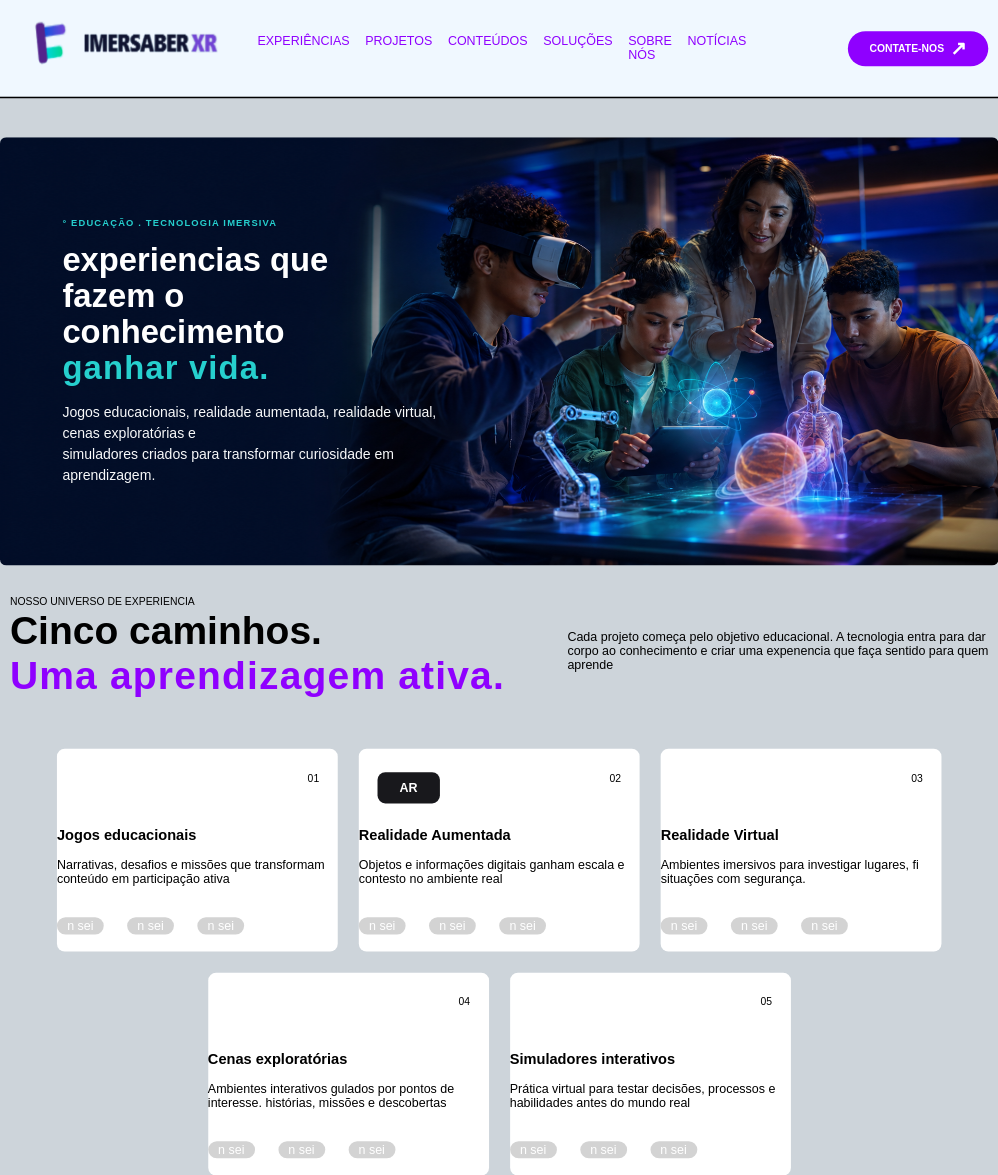
Repository: antonymsantana-design/Avaliacao.Parte.01
Page: html/index.html
The author's editor kept a copy of each file at every save. The page is drawn from the files as they stood at one save, then again after a run of saves.
The browser window is 1280 px wide. The pictures show the whole page, at 78% of full size.

Above is the page before, as saved 2026-08-29 21:04:58.

### html/index.html
<!DOCTYPE html>
<html lang="pt-br">

<head>
    <meta charset="UTF-8">
    <meta name="viewport" content="width=device-width, initial-scale=1.0">
    <title>avaliação </title>
    <link rel="stylesheet" href="../css/Style.css">
</head>
<header>
    <div class="conteudoH" id="conteudoH">
        <div class="imagem" id="imagem">
            <img src="../images/Design sem nome.png" alt="logo" class="logoIMG" id="logoIMG">
        </div>
        <div class="links" id="links">
            <a href="#">EXPERIÊNCIAS</a>
            <a href="#">PROJETOS</a>
            <a href="#">CONTEÚDOS</a>
            <a href="#">SOLUÇÕES</a>
            <a href="#">SOBRE NÓS</a>
            <a href="#">NOTÍCIAS</a>
        </div>
        <div class="btnDiv" id="btnDiv">
            <button class="btn" id="btn">
                <div class="btnTxt" id="btnTxt">
                    <p>CONTATE-NOS</p>
                </div>
                <div class="emoji" id="emoji">
                    <p>↗</p>
                </div>
            </button>
        </div>
    </div>
</header>

<body>


    <div class="conteudoBanner">
        <img src="../images/hero-banner-imersaber.png" alt="banner">
        <div class="txtBanner" id="txtBanner">
            <span>° EDUCAÇÃO . TECNOLOGIA IMERSIVA</span>
            <h1>experiencias que <br> fazem o <br> conhecimento <br> <span class="spn">ganhar vida. </span></h1>
            <p>Jogos educacionais, realidade aumentada, realidade virtual, cenas exploratórias e<br>
                simuladores criados para transformar curiosidade em aprendizagem.</p>
        </div>
    </div>

    <BR></BR>

    <div class="titulo" id="titulo">
        <div class="eTitulo">
            <small>NOSSO UNIVERSO DE EXPERIENCIA</small>
            <h1 class="eH1">Cinco caminhos. <br>
                <span>Uma aprendizagem ativa.</span>
            </h1>
        </div>
        <div class="dTitulo">
            <p>Cada projeto começa pelo objetivo educacional. A tecnologia entra para dar <br> corpo ao conhecimento e
                criar uma expenencia que faça sentido para quem <br> aprende</p>
        </div>
    </div>

    <div class="cards">

        <div class="card1">
            <div class="cima">
                <p class="crd1">GAME</p>
                <small>01</small>
            </div>
            <div class="meio">
                <h3>
                    Jogos educacionais
                </h3> <br>
                <p>Narrativas, desafios e missões que transformam conteúdo em participação ativa</p>
            </div>
            <div class="baixo">
                <!-- não consegui ler oque estava escrito nessa parte  -->
                <p> n sei</p>
                <p> n sei</p>
                <p> n sei</p>
            </div>
        </div>

        <div class="card1">
            <div class="cima">
                <p class="crd2">AR</p>
                <small>02</small>
            </div>
            <div class="meio">
                <h3>
                    Realidade Aumentada
                </h3> <br>
                <p>Objetos e informações digitais ganham escala e contesto no
ambiente real</p>
            </div>
            <div class="baixo">
                <p> n sei</p>
                <p> n sei</p>
                <p> n sei</p>
            </div>
        </div>

        <div class="card1">
            <div class="cima">
                <p class="crd3">VR</p>
                <small>03</small>
            </div>
            <div class="meio">
                <h3>
                    Realidade Virtual
                </h3> <br>
                <p>Ambientes imersivos para investigar lugares, fi situações com segurança.</p>
            </div>
            <div class="baixo">
                <p> n sei</p>
                <p> n sei</p>
                <p> n sei</p>
            </div>
        </div>

        <div class="card1">
            <div class="cima">
                <p class="crd4">CENA</p>
                <small>04</small>
            </div>
            <div class="meio">
                <h3>
                    Cenas exploratórias
                </h3> <br>
                <p>Ambientes interativos gulados por pontos de interesse. histórias, missões e descobertas</p>
            </div>
            <div class="baixo">
                <p> n sei</p>
                <p> n sei</p>
                <p> n sei</p>
            </div>
        </div>

        <div class="card1">
            <div class="cima">
                <p class="crd5">SIM</p>
                <small>05</small>
            </div>
            <div class="meio">
                <h3>
                    Simuladores interativos
                </h3> <br>
                <p>Prática virtual para testar decisões, processos e habilidades antes do mundo real</p>
            </div>
            <div class="baixo">
                <p> n sei</p>
                <p> n sei</p>
                <p> n sei</p>
            </div>
        </div>

    </div>

</body>

</html>

### css/Style.css
* {
    padding: 0px;
    margin: 0px;
    font-family: Arial, Helvetica, sans-serif;
}

body{
    background-color: rgb(205, 212, 218);
}

header {
    background-color: aliceblue;
    border-bottom: 2px solid black;
}

.conteudo {
    margin-top: 5px;
}

.conteudoH {
    display: flex;
    justify-content: space-between;
    padding-right: 100px;
    align-items: center;
}

a {
    text-decoration: none;
    color: #8f00ff;
}

.logoIMG {
    width: 330px;
    height: 120px;
}

.links {
    display: flex;
    gap: 20px;
    justify-content: center;
    padding-right: 130px;
}

.btn {
    display: flex;
    justify-content: center;
    width: 180px;
    height: 45px;
    background-color: #8F00FF;
    font-weight: 800;
    border: none;
    border-radius: 25px;
    color: white;
    align-items: center;
    gap: 8px;
}

.emoji {
    font-size: 25px;
}

/*parte banner*/

.txtBanner p {
    margin: 0;
    font-size: 18px;
    color: #f8f9fa;
}

.conteudoBanner {
    position: relative;
    width: 100%;
    margin: 50px auto 0;
}

.conteudoBanner img {
    width: 100%;
    height: auto;
    display: block;
    border-radius: 8px;
}

.txtBanner {
    position: absolute;
    top: 50%;
    left: 80px;
    color: white;
    transform: translateY(-50%);
    max-width: 500px;
    font-family: sans-serif;
}

span {
    font-size: 12px;
    letter-spacing: 1.5px;
    font-weight: bold;
    color: #26d0ce;
    display: block;
    margin-bottom: 15px;
}

.txtBanner h1 {
    font-size: 42px;
    font-weight: 800;
    line-height: 1.1;
    margin: 0 0 20px 0;
}

.spn {
        font-size: 42px;
    color: #26d0ce;
}

.txtBanner {
    font-size: 14px;
    line-height: 1.5;
}

/*parte 3*/

.titulo{
    display: flex;
    justify-content: center;
    gap: 80px;
    margin-bottom: 50px;
}

.dTitulo{
    display: flex;
    justify-content: center;
    align-items: center;
}

.eH1{
    font-size: 50px;
}

.eH1 span{
    color: #8F00FF;
   font-size: 50px;
}

.card1{
    padding-top: 30px;
    width: 360px;
    height: 230px;
    background-color: white;
    border-radius: 10px;
}

.cima{
    display: flex;
    justify-content: space-around;
    gap: 170px;
    margin-bottom: 30px;
}

.cima p{
    color: white;
    width: 80px;
    height: 40px;
    border-radius: 10px;
    display: flex;
    justify-content: center;
    align-items: center;
    font-weight: bold;
}

.baixo{
    display: flex;
    justify-content: left;
    align-items: center;
    gap: 30px;
    color: white;
}

.meio{
    margin-bottom: 40px;
}

.baixo p{
    background-color: lightgrey;
    width: 60px;
    height: 22px;
    border-radius: 15px;
     display: flex;
    justify-content: center;
    align-items: center;
}

.cards{
    display: flex;
    justify-content: center;
    gap: 27px;
    flex-wrap: wrap;
}

.crd2{
    background-color: #18181c;
}

After the next 3 saves:
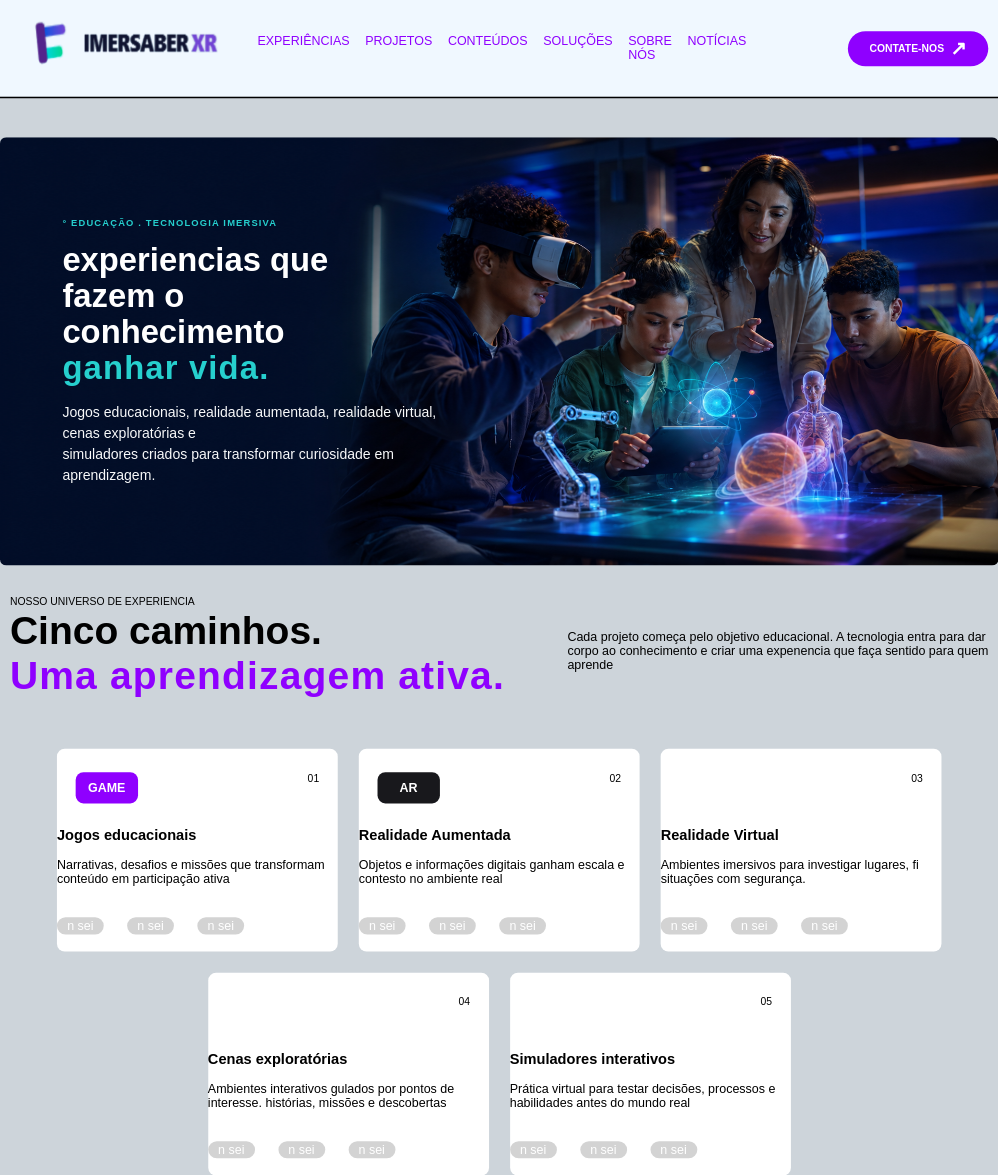
The 3 saves are shown as one change because they came seconds apart.
The last was saved 8 s later.
--- a/css/Style.css
+++ b/css/Style.css
@@ -195,6 +195,10 @@ span {
     flex-wrap: wrap;
 }
 
+.crd1{
+    background-color: #8F00FF;
+}
+
 .crd2{
     background-color: #18181c;
 }
